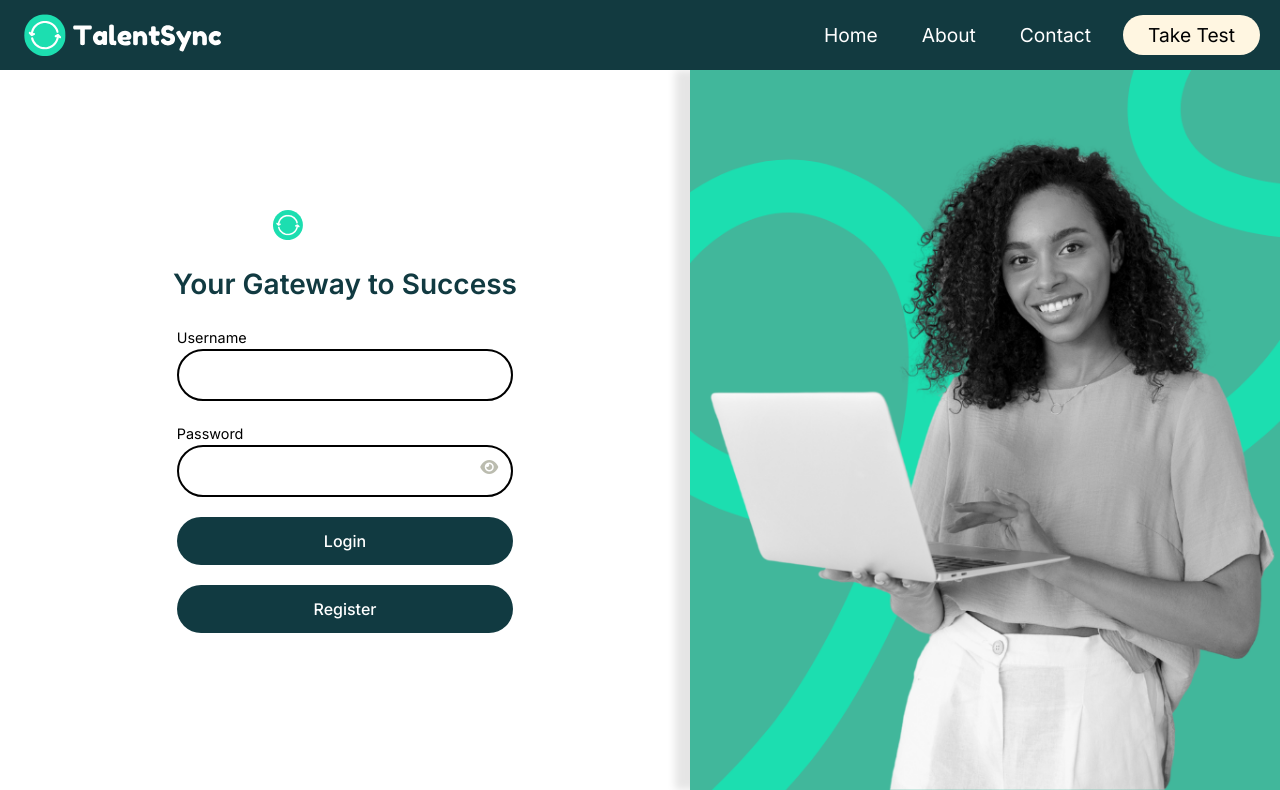
Repository: AbdullahScriptStudio/TalentSync
Page: http://localhost/people/login/
These files come from the project's save history. The page is drawn as it stood at one moment and after a run of saves; the edit follows.
The browser window is 1280 px wide. The pictures show the whole page.
Some web libraries are served in a nearby version. The page is served by the project's application, run on Django 5.2 (manage.py).

Above is the page before, as saved 2025-03-27 00:01:28.

After the next 2 saves:
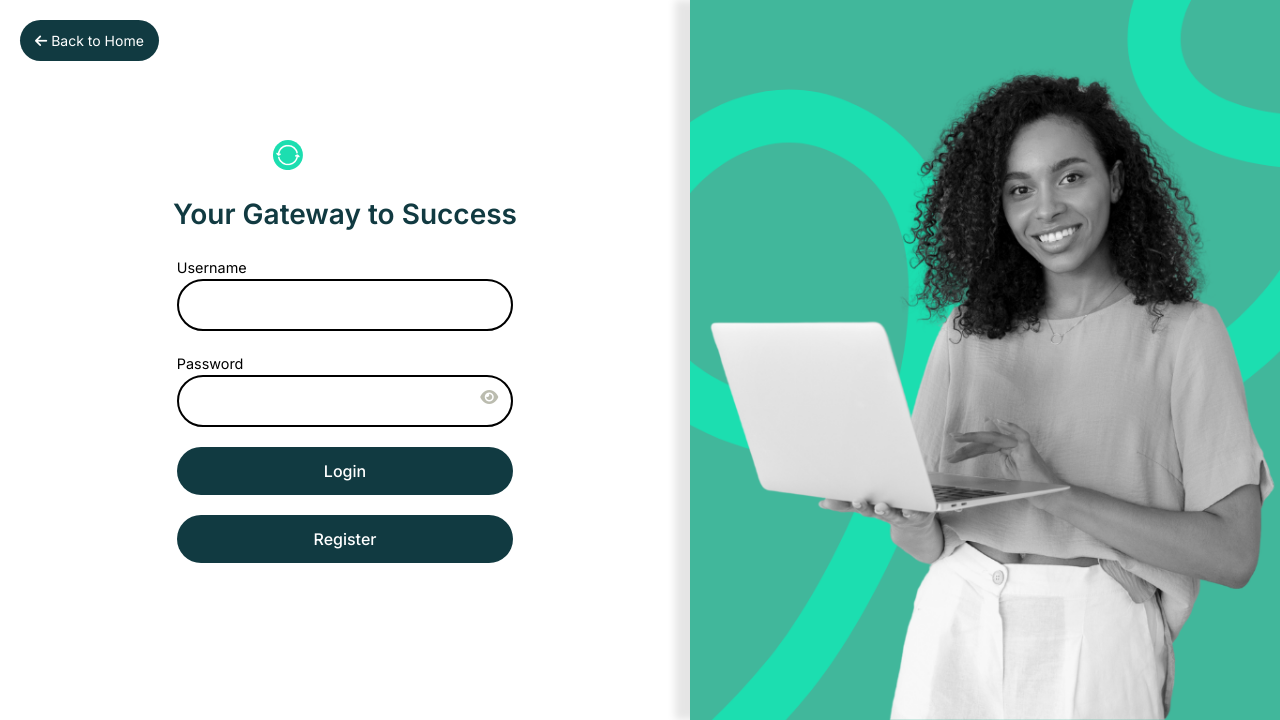
The 2 saves are shown as one change because 1 did not build or start.
The last was saved 118 s later.
--- a/people/templates/people/login.html
+++ b/people/templates/people/login.html
@@ -21,60 +21,21 @@
             flex-direction: column;
         }
 
-        .navbar {
-            background-color: #123a40;
+        .back-button {
+            position: absolute;
+            top: 20px;
+            left: 20px;
+            background-color: #113a41;
             color: white;
-            display: flex;
-            justify-content: space-between;
-            align-items: center;
-            padding: 10px 20px;
-            width: 100%;
-            position: fixed;
-            top: 0;
-            left: 0;
-            z-index: 1000;
+            padding: 10px 15px;
+            border-radius: 30px;
+            text-decoration: none;
+            font-size: 14px;
+            transition: background-color 0.3s;
         }
 
-        .navbar-logo img {
-            height: 50px;
-        }
-
-        .navbar-links {
-            display: flex;
-            list-style: none;
-            margin: 0;
-            padding: 0;
-        }
-
-        .navbar-links li {
-            margin-left: 20px;
-        }
-
-        .navbar-links a {
-            color: white;
-            text-decoration: none;
-            font-size: larger;
-            padding: 8px 12px;
-            border-radius: 50px;
-            transition: background-color 0.3s, color 0.3s;
-        }
-
-        .navbar-links a:hover {
-            background-color: rgba(255, 255, 255, 0.1);
-        }
-
-        .navbar-links a.take-test {
-            background-color: #fff6e1;
-            color: black;
-            padding: 8px 25px;
-        }
-
-        .take-test {
-            padding: 20px;
-        }
-
-        .navbar-links a.take-test:hover {
-            background-color: #f0e6d2;
+        .back-button:hover {
+            background-color: #0d2e35;
         }
 
         .container {
@@ -84,7 +45,6 @@
             max-width: 1600px;
             overflow: hidden;
             box-shadow: 0 4px 8px rgba(0, 0, 0, 0.1);
-            margin-top: 70px; /* Adjusted to accommodate navbar */
         }
 
         .login-section {
@@ -169,18 +129,10 @@
 
 <body>
 
-    <!-- Navbar -->
-    <nav class="navbar">
-        <div class="navbar-logo">
-            <img src="{% static 'images/logo.svg' %}" alt="TalentSync Logo">
-        </div>
-        <ul class="navbar-links">
-            <li><a href="#">Home</a></li>
-            <li><a href="#">About</a></li>
-            <li><a href="#">Contact</a></li>
-            <li><a href="#" class="take-test">Take Test</a></li>
-        </ul>
-    </nav>
+    <!-- Back to Home Button -->
+    <a href="#" class="back-button">
+        <i class="fas fa-arrow-left"></i> Back to Home
+    </a>
 
     <div class="container">
         <!-- Login Section -->
